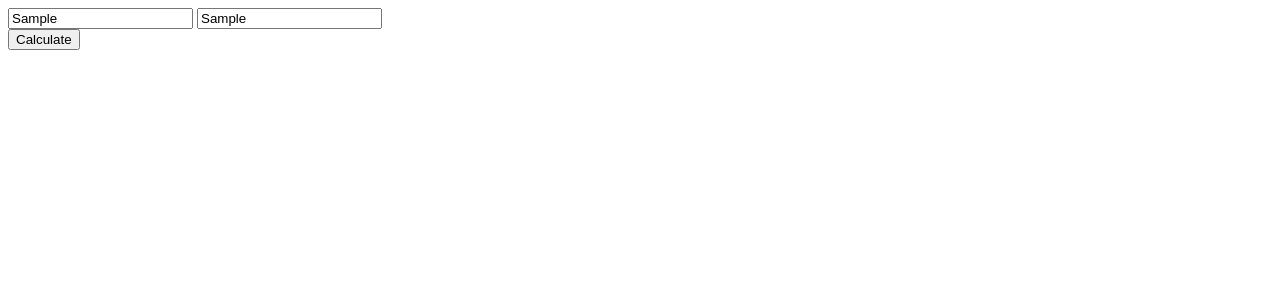
Repository: KHALIFASAID2020/Javascript-UDEMY-WEB
Page: index3.html
These files come from the project's save history. The page is drawn as it stood at one moment and after the next save; the edit follows.
The browser window is 1280 px wide. The pictures show the whole page.
Empty fields were first filled with sample values (such as "Sample", 5 or name@example.com).
After loading, the first visible `button` was clicked once.

Above is the page before, as saved 2019-10-22 00:38:38.

### index3.html
<!DOCTYPE html>
<html lang="en">
<head>
    <meta charset="UTF-8">
    <meta name="viewport" content="width=device-width, initial-scale=1.0">
    <meta http-equiv="X-UA-Compatible" content="ie=edge">
    <script>
        function calc(){
          val1=  document.getElementById("val1").value;
          val2=document.getElementById("val2").value;
          document.getElementById("result").value='<input type="text" value="'+(val1*val2)+'">';
        }
    </script>
    <title>Document</title>
</head>
<body>
    <input type="text" id="val1">
    <input type="text" id="val2">
   <!--  <p id="result"></p> -->
   <br>
  <span id="result"></span>
    <button onClick="calc()">Calculate</button>
</body>
</html>

After the next save:
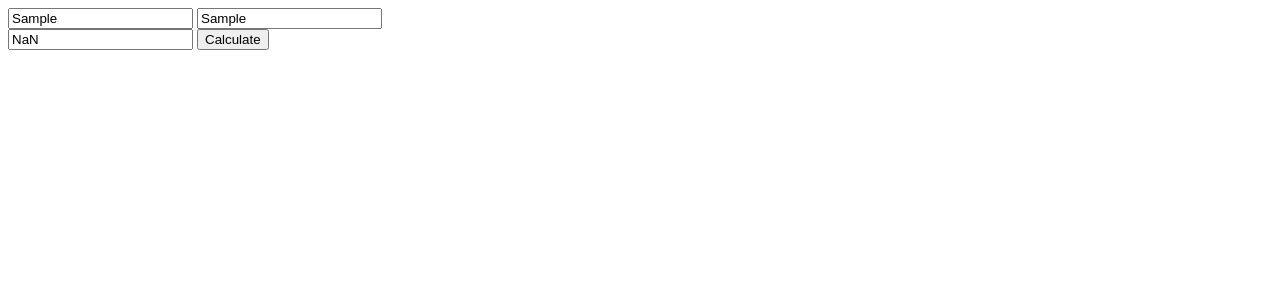
Saved 34 s later.
--- a/index3.html
+++ b/index3.html
@@ -8,7 +8,7 @@
         function calc(){
           val1=  document.getElementById("val1").value;
           val2=document.getElementById("val2").value;
-          document.getElementById("result").value='<input type="text" value="'+(val1*val2)+'">';
+          document.getElementById("result").innerHTML='<input type="text" value="'+(val1*val2)+'">';
         }
     </script>
     <title>Document</title>
